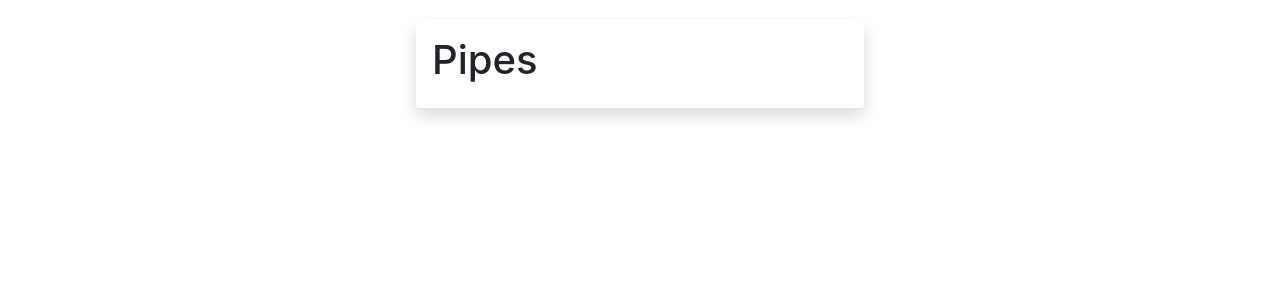
Repository: Evincars/udemy-angular
Page: / (app in pipes/)
An editor plug-in stored every save of this project. The page is shown before and after the next save, followed by the edit.
The browser window is 1280 px wide. The pictures show the whole page.
The project was rebuilt for these pictures with package versions that can differ from the ones it lists, and the page was loaded fresh each time. Also part of the build but not shown: pipes/angular.json.

Above is the page before, as saved 2020-04-04 15:17:39.

After the next save:
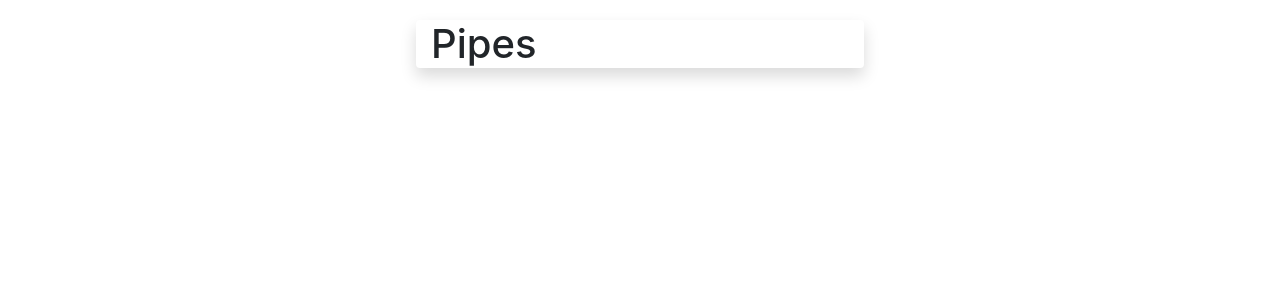
Saved 15 s later.
--- a/pipes/src/app/app.component.html
+++ b/pipes/src/app/app.component.html
@@ -1,3 +1,3 @@
-<div class="container shadow p-3 mb-5 bg-white rounded">
+<div class="container shadow mb-5 bg-white rounded">
   <h1>Pipes</h1>
 </div>

After the save that followed:
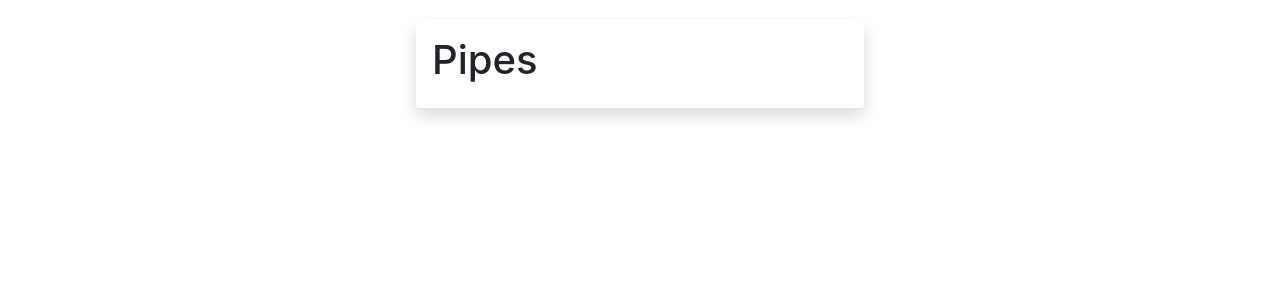
Saved 6 s later.
--- a/pipes/src/app/app.component.html
+++ b/pipes/src/app/app.component.html
@@ -1,3 +1,3 @@
-<div class="container shadow mb-5 bg-white rounded">
+<div class="container shadow p-3 mb-5 bg-white rounded">
   <h1>Pipes</h1>
 </div>
